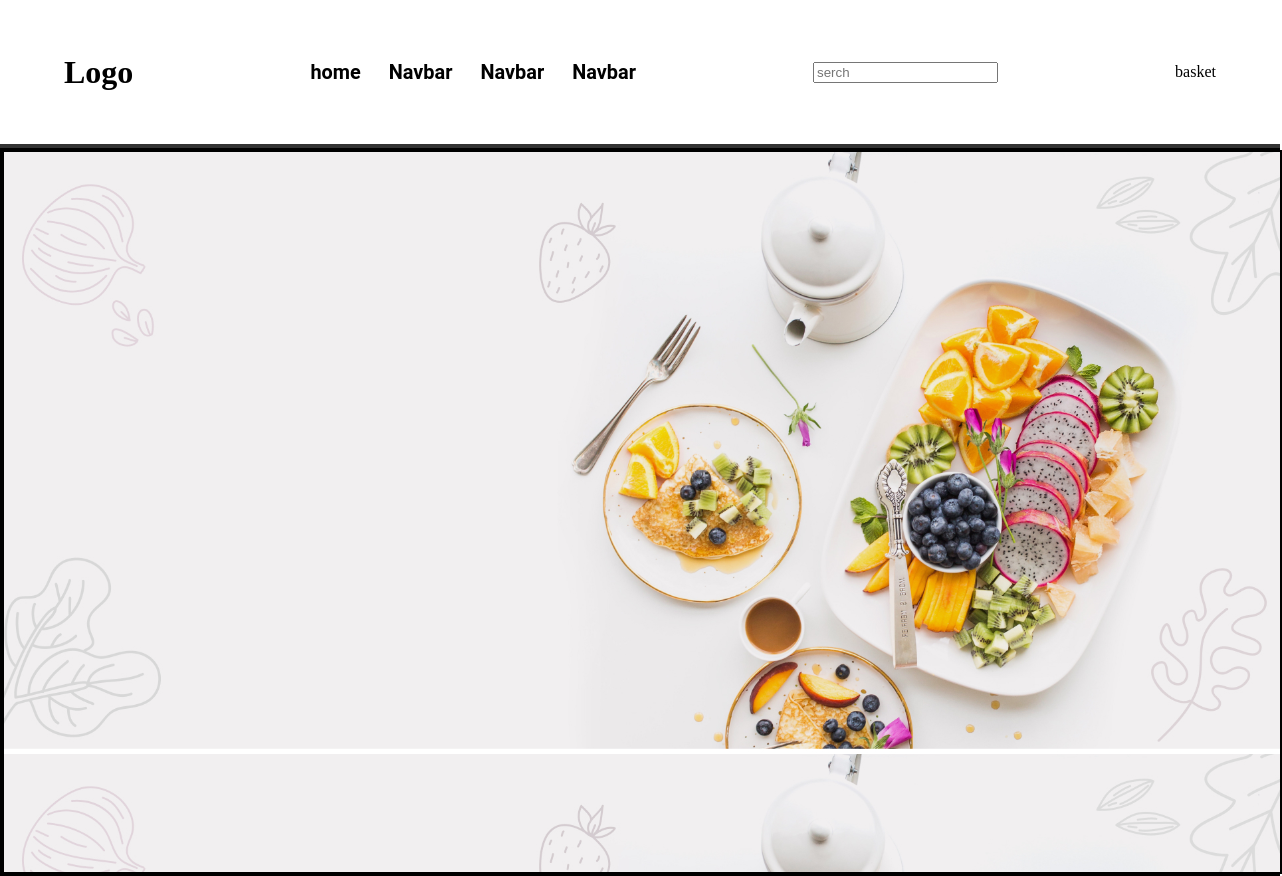
Repository: Islam432/Islam-and-Arsi---team
Page: /
The author's editor kept a copy of each file at every save. The page is drawn from the files as they stood at one save, then again after a run of saves.
The browser window is 1280 px wide. The page is 1282 px wide, so the pictures cover 1282 px, including what lies to the right of the window. The pictures show the whole page.
The project was rebuilt for these pictures with package versions that can differ from the ones it lists, and the page was loaded fresh each time. Also part of the build but not shown: vite.config.js, src/App.css, src/components/Comp/Comp.jsx.

Above is the page before, as saved 2023-03-11 23:11:19.

### src/main.jsx
import React from "react";
import ReactDOM from "react-dom/client";
import App from "./App";
import "./index.css";
import { BrowserRouter } from "react-router-dom";


ReactDOM.createRoot(document.getElementById("root")).render(
  <React.StrictMode>

      <BrowserRouter>
        <App />
      </BrowserRouter>

  </React.StrictMode>
);

### src/App.jsx
import { useState } from "react";
import reactLogo from "./assets/react.svg";
import "./App.css";
import { Route, Routes } from "react-router-dom";
import { Layout } from "./components/Layout";
import { Home } from "./components/Home/Home";
import { Comp } from "./components/Comp/Comp";

function App() {
  return (

    <Layout>  <Routes>
    <Route path="/" element = {<Home/>}/>
    <Route path="/comp" element= {<Comp/>} />
  </Routes></Layout>

  );
}

export default App;

### src/components/Layout/index.jsx
import React from 'react'
import { Navbar } from '../Navbar/Navbar'

export const Layout = ({children}) => {
  return (
  <>
 <Navbar/>
  <main>{children}</main>
  </>
  )
}

### src/components/Home/Home.jsx
import React from 'react'
import styles from './Home.module.css'


export const Home = () => {
  return (
    <div className={styles.cont}>
      <div className={styles.blok1}></div>
    </div>
  )
}

### src/components/Navbar/Navbar.jsx
import React from "react";
import { NavLink } from "react-router-dom";
import styles from "./Navbar.module.css";

export const Navbar = () => {
  return (
    <div className={styles.cont}>
      <div className={styles.allnav}>
        <h1>Logo</h1>

        <div className={styles.navbar}>
          <NavLink to={'/'} className={styles.NavLink}>
            <h3>home</h3>
          </NavLink>
          <NavLink to={'/comp'} className={styles.NavLink}>
            <h3>Navbar</h3>
          </NavLink>
          <NavLink className={styles.NavLink}>
            <h3>Navbar</h3>
          </NavLink>
          <NavLink className={styles.NavLink}>
            <h3>Navbar</h3>
          </NavLink>

        </div>

        <div className={styles.inputblok}>
          <input type="text" placeholder="serch" />
        </div>

        <div>basket</div>
      </div>
    </div>
  );
};

### src/components/Home/Home.module.css
.cont{
    margin: 0;


  border: 2px solid black;
}
.blok1{
    background-image: url('./Banner.jpg');
  width: 100%;
 object-fit: cover;
min-height: 100vh;
    border: 2px solid black;
    background-size: contain;
}

### src/components/Navbar/Navbar.module.css
.cont {
    margin: 0;
  display: flex;
  align-items: center;
  justify-content: center;
  height: 20vh;
  background: #ffffff;
border-bottom: 4px solid #333;
}

.allnav {
  display: flex;
  align-items: center;
  justify-content: space-between;
  width: 90%;
  height: 10vh;

}
.navbar {
  display: flex;
  justify-content: space-around;
  align-items: center;
  gap: 28px;

  font-family: Roboto;
  font-style: Bold;
  font-size: 17px;

}
.NavLink{
    text-decoration: none;
    color: rgb(0, 0, 0);
}

Loaded but not shown: index.html (common file); src/index.css (common file)

After the next 2 saves:
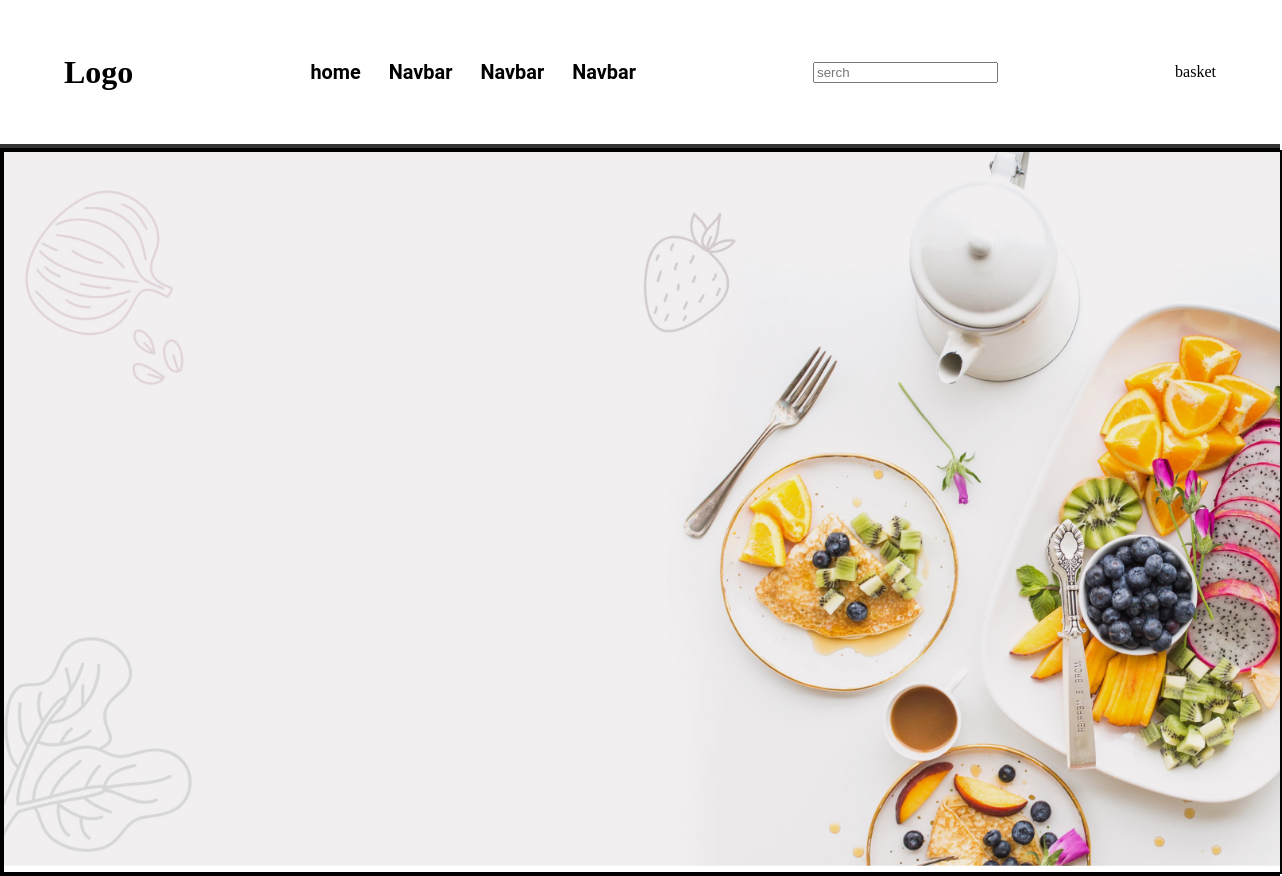
The 2 saves are shown as one change because they came seconds apart.
The last was saved 9 s later.
--- a/src/components/Home/Home.module.css
+++ b/src/components/Home/Home.module.css
@@ -10,5 +10,5 @@
  object-fit: cover;
 min-height: 100vh;
     border: 2px solid black;
-    background-size: contain;
+    background-size: cover;
 }
